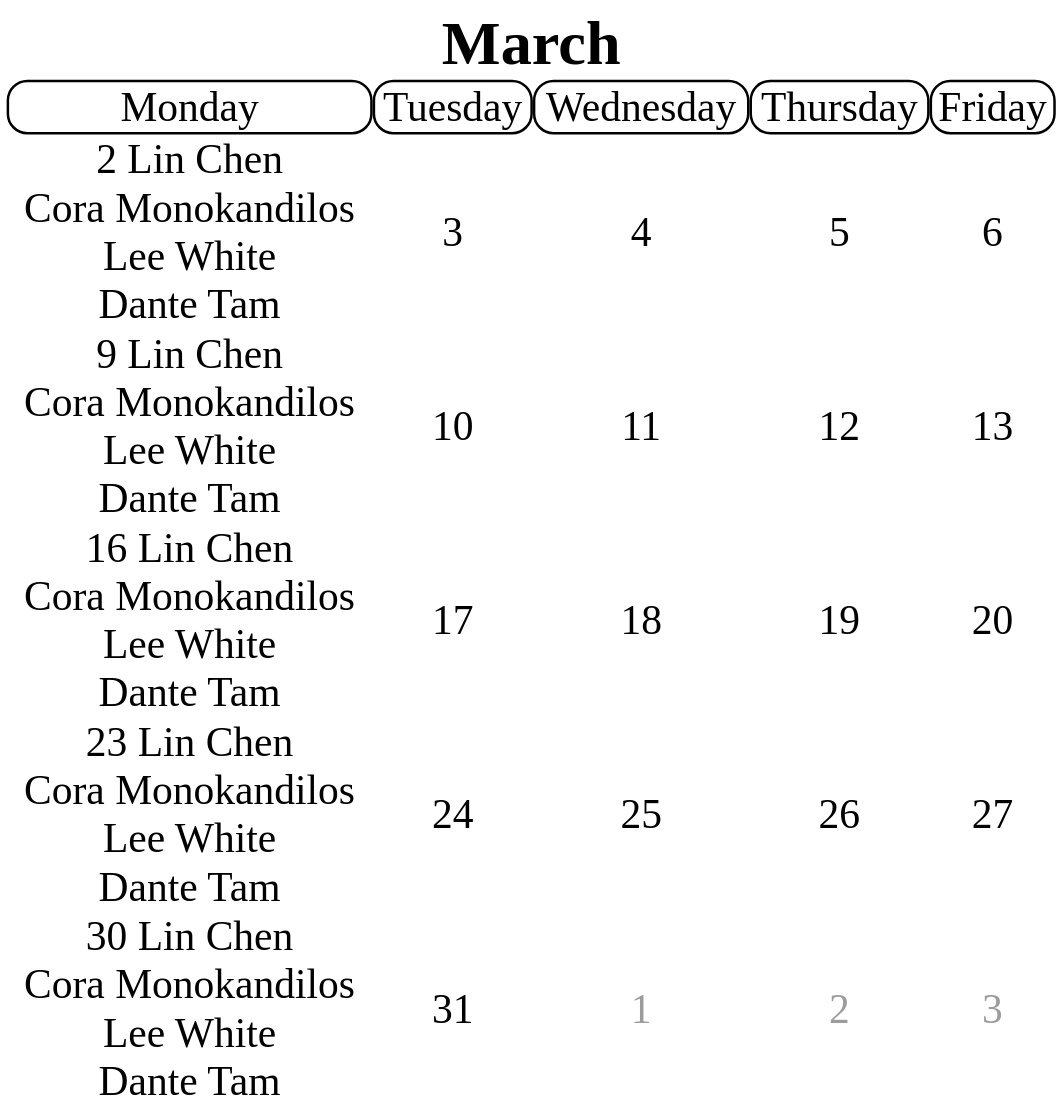
Repository: shleewhite/missionBitCalendar
Page: views/mar.html
The author's editor kept a record of every edit. The page is drawn from the files as they stood at one moment, then again after the next edit.
The browser window is 1280 px wide. The pictures show the whole page, at 83% of full size.

Above is the page before.

After the next edit:
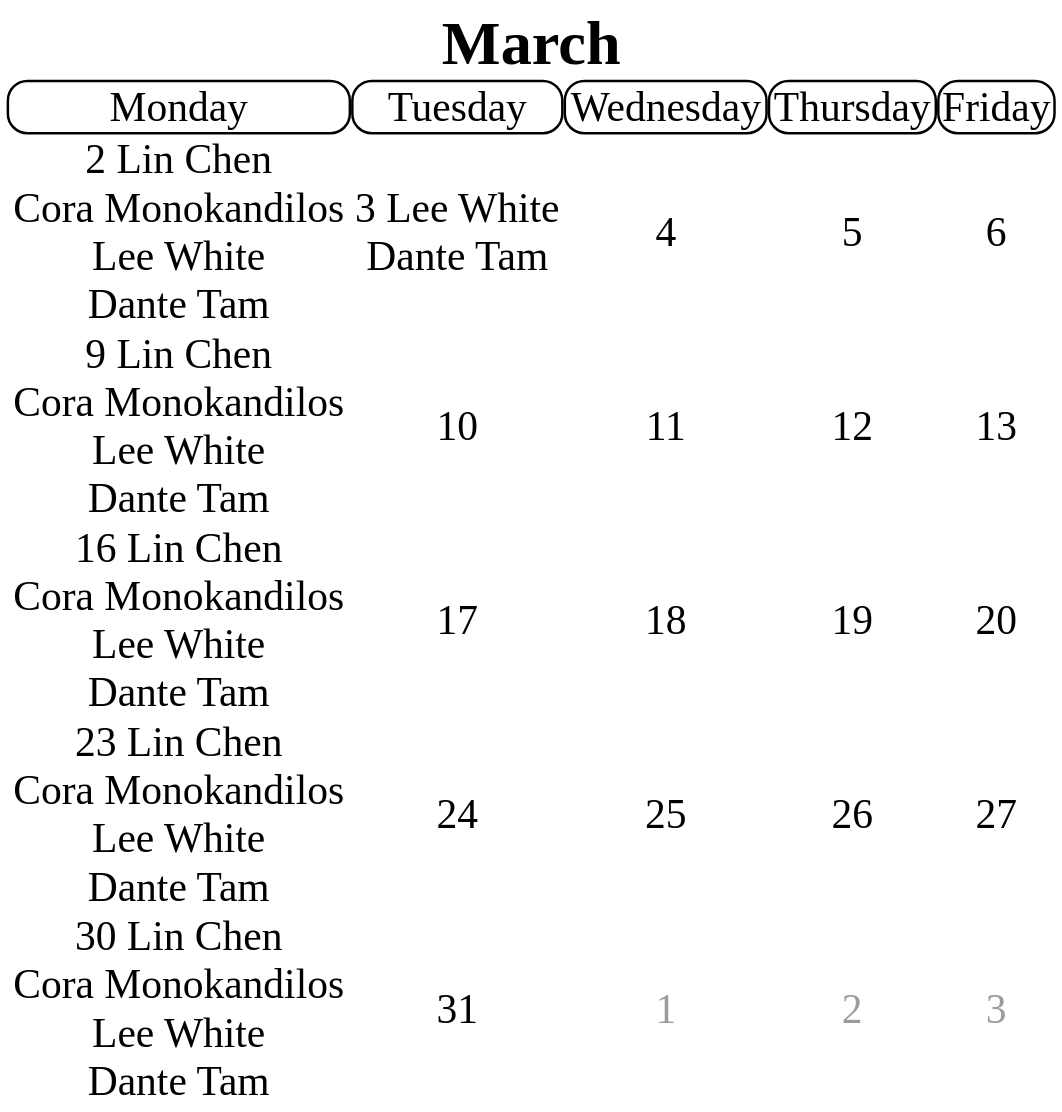
The edit:
--- a/views/mar.html
+++ b/views/mar.html
@@ -14,7 +14,7 @@
             </tr>
             <tr>
                 <td>2 Lin Chen<br>Cora Monokandilos<br>Lee White<br>Dante Tam</td>
-                <td>3</td>
+                <td>3 Lee White<br>Dante Tam</td>
                 <td>4</td>
                 <td>5</td>
                 <td>6</td>
